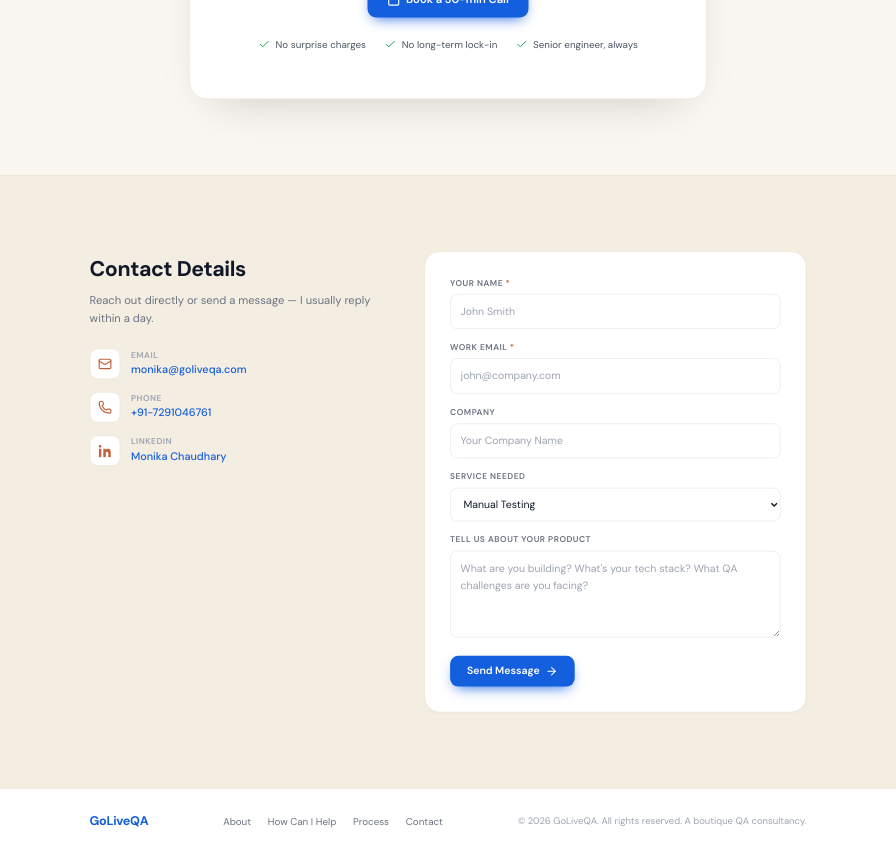
Repository: Monika281992/GoLiveQA
Page: /
An editor plug-in stored every save of this project. The page is shown before and after the next save, followed by the edit.
The browser window is 1280 px wide. The pictures show the part of the page from y = 2607 to 4527 px (the page is 3826 px tall before and 4579 px after), at 70% of full size.
The project was rebuilt for these pictures with package versions that can differ from the ones it lists, and the page was loaded fresh each time. The framework's server and built-in components were replaced by stand-ins that run in the browser. Also part of the build but not shown: next.config.mjs.

Above is the page before, as saved 2026-06-27 14:46:07.

After the next save:
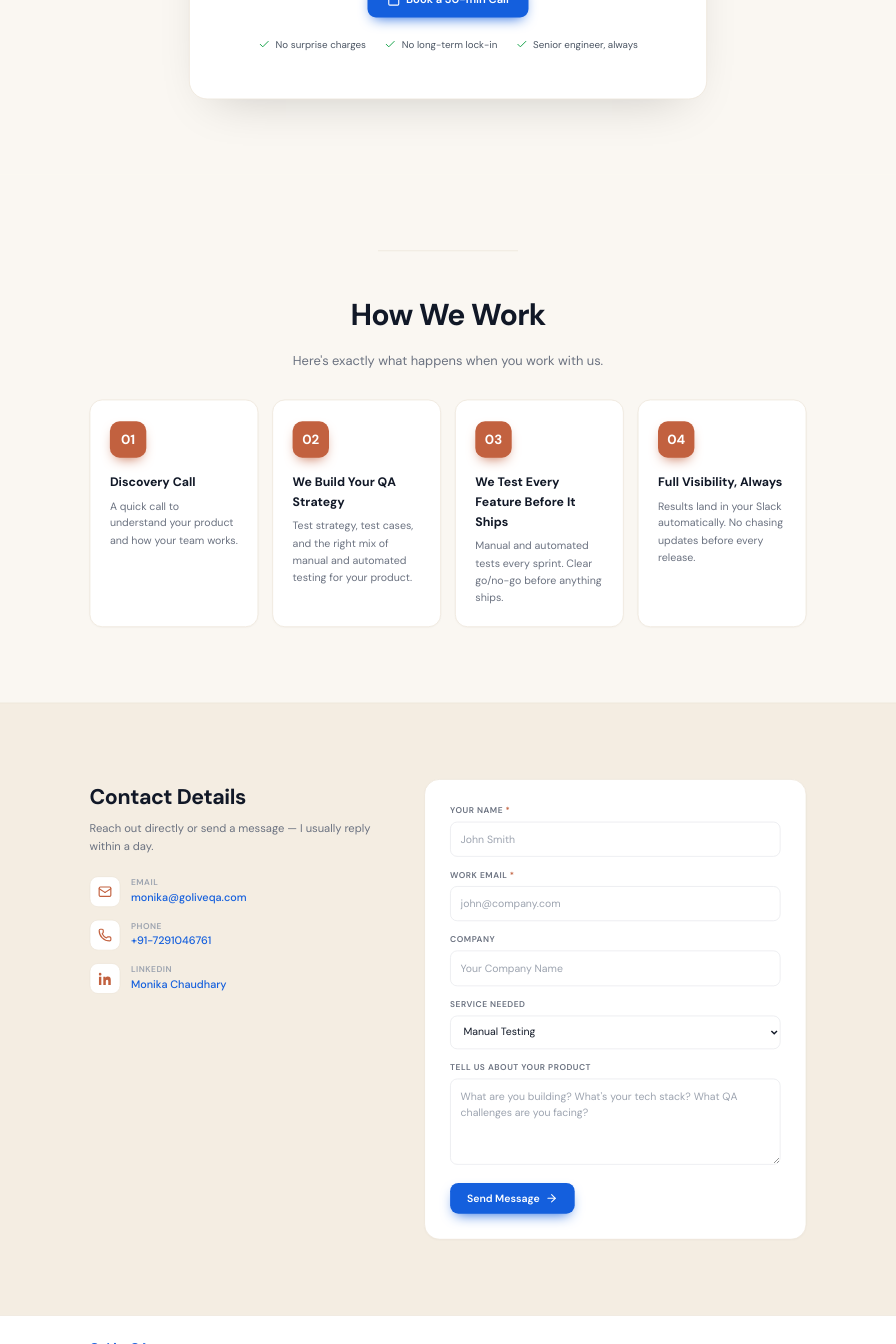
Saved 6 h 42 min later.
--- a/app/page.tsx
+++ b/app/page.tsx
@@ -1,6 +1,7 @@
 import { Navbar } from "@/components/navbar";
 import { Hero } from "@/components/hero";
 import { ProblemsWeSolve } from "@/components/ProblemsWeSolve";
+import { Process } from "@/components/process";
 import { Pricing } from "@/components/pricing";
 import { Contact } from "@/components/contact";
 import { Footer } from "@/components/footer";
@@ -13,6 +14,7 @@
         <Hero />
         <ProblemsWeSolve />
         <Pricing />
+        <Process />
         <Contact />
       </main>
       <Footer />

After the save that followed:
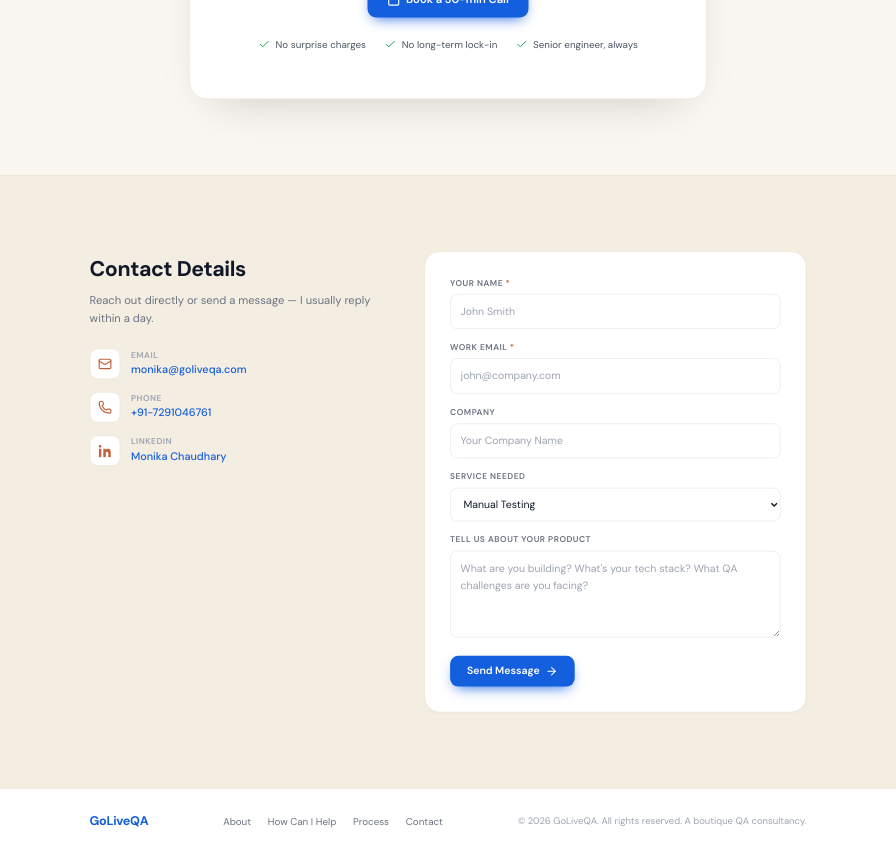
Saved 22 s later.
--- a/app/page.tsx
+++ b/app/page.tsx
@@ -1,7 +1,6 @@
 import { Navbar } from "@/components/navbar";
 import { Hero } from "@/components/hero";
 import { ProblemsWeSolve } from "@/components/ProblemsWeSolve";
-import { Process } from "@/components/process";
 import { Pricing } from "@/components/pricing";
 import { Contact } from "@/components/contact";
 import { Footer } from "@/components/footer";
@@ -14,7 +13,6 @@
         <Hero />
         <ProblemsWeSolve />
         <Pricing />
-        <Process />
         <Contact />
       </main>
       <Footer />
